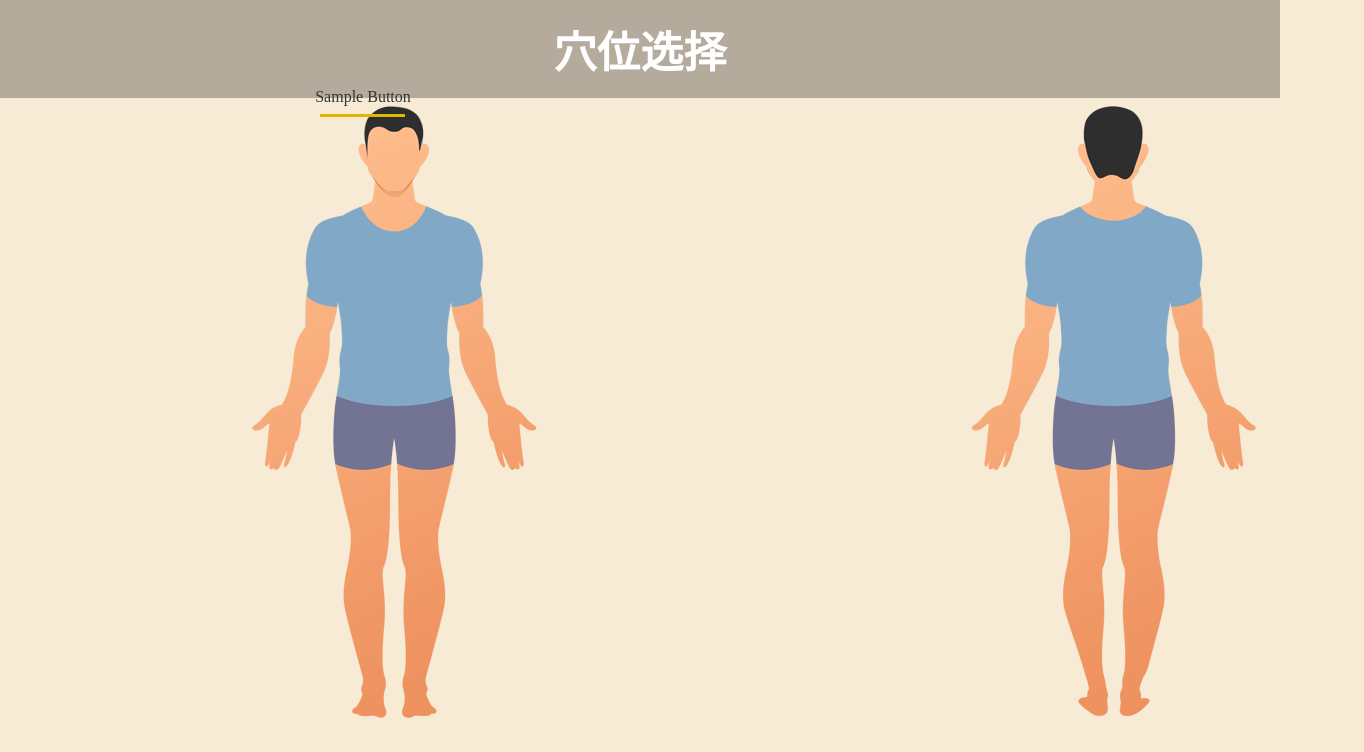
Repository: chjyume/zhongyi
Page: xuewei.html
The author's editor kept a copy of each file at every save. The page is drawn from the files as they stood at one save, then again after the next save.
The browser window is 1280 px wide. The page is 1364 px wide, so the pictures cover 1364 px, including what lies to the right of the window. The pictures show the whole page.

Above is the page before, as saved 2023-09-12 20:09:41.

### xuewei.html
<!DOCTYPE html>
<html>

<head>
  <meta charset="utf-8" />
  <title>穴位</title>
  <link rel="stylesheet" type="text/css" href="css/xuewei.css">
</head>

<body>
  <header class="top-bar">
    <h1>穴位选择</h1>
  </header>
  <div class="container">
    <img src="img/xuewei/man1.png" alt="正面" class="img1">
    <img src="img/xuewei/man2.png" alt="反面" class="img2">
    <div class="btn">
      <div class="btn-wrapper"> <svg height="45" width="150" xmlns="#">
          <rect id="button1" height="45" width="150"></rect>
        </svg>
        <div id="text"> <a href="">Sample Button</a> </div>
      </div>
    </div>
  </div>
</body>

</html>

### css/xuewei.css
body{
    background-color: rgb(248, 235, 213);
    margin: 0;
    padding: 0;
}
.top-bar {
background-color: #33333358;
color: #fff;
padding: 2.5vh;
text-align: center;
top: 0;
left: 0;
width: 100%;
box-sizing: border-box;

}

.top-bar h1 {
font-size: 6vh;
margin: 0;
}

.img1{
    position: absolute;
    top:10vh;
    left:20vh;
    z-index: 1;
}
.img2 {
    position: absolute;
    top: 10vh;
    left: 120vh;
    z-index: 1;
}
.btn-wrapper {
    top: 10vh;
    left: 40vh;
    z-index: 2;
    position: absolute;
    float: left;
    line-height: 45px;
    display: inline-block;
    margin-right: 2em;
    text-align: center;
}

#button1 {
    stroke-width: 6px;
    fill: transparent;
    stroke:#e1b700;
    stroke-dasharray: 85 400;
    stroke-dashoffset: -228;
    transition: 1s all ease;
}

.btn-wrapper:hover #button1 {
    stroke-dasharray: 50 0;
    stroke-width: 3px;
    stroke-dashoffset: 0;
    stroke: #e1b700;
}

#text {
    margin-top: -60px;
    text-align: center;
}

#text a {
    color: #333;
    text-decoration: none;
    font-weight: 400;
}

After the next save:
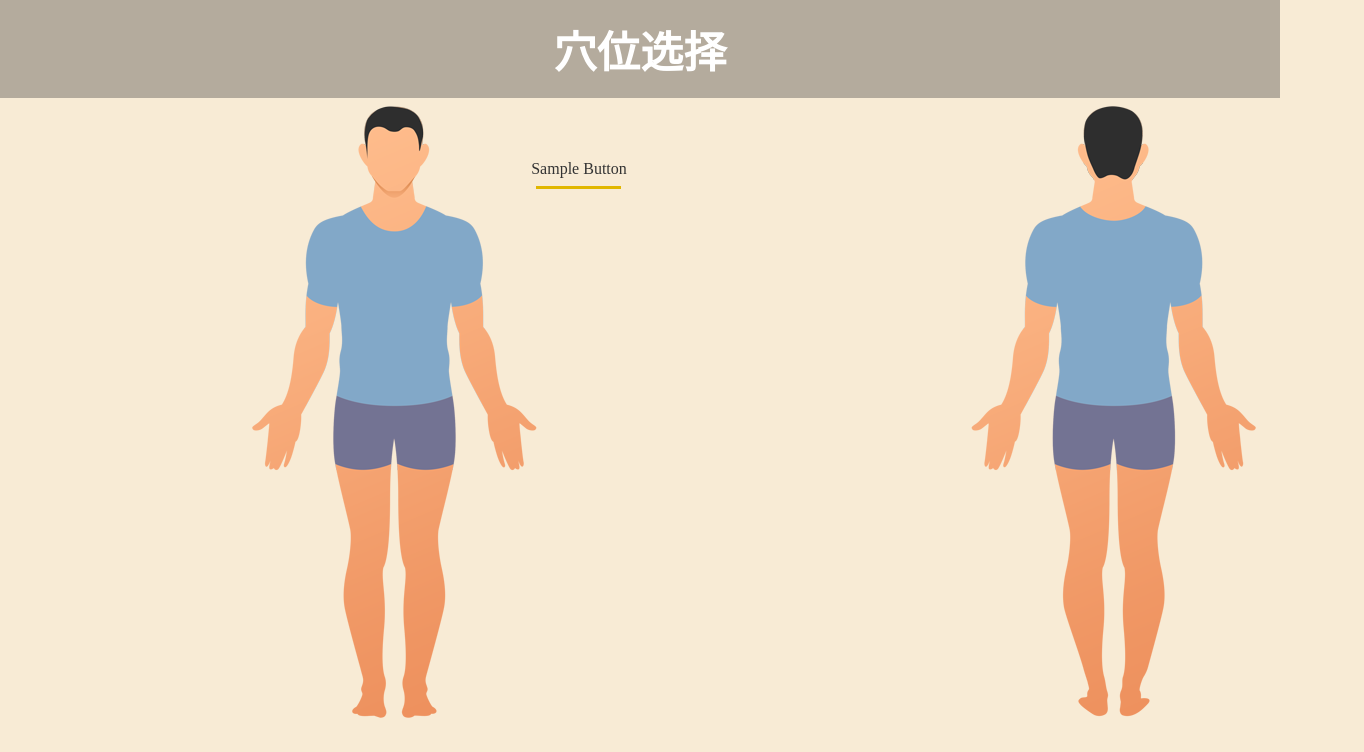
Saved 18 s later.
--- a/css/xuewei.css
+++ b/css/xuewei.css
@@ -33,8 +33,8 @@ margin: 0;
     z-index: 1;
 }
 .btn-wrapper {
-    top: 10vh;
-    left: 40vh;
+    top: 20vh;
+    left: 70vh;
     z-index: 2;
     position: absolute;
     float: left;
